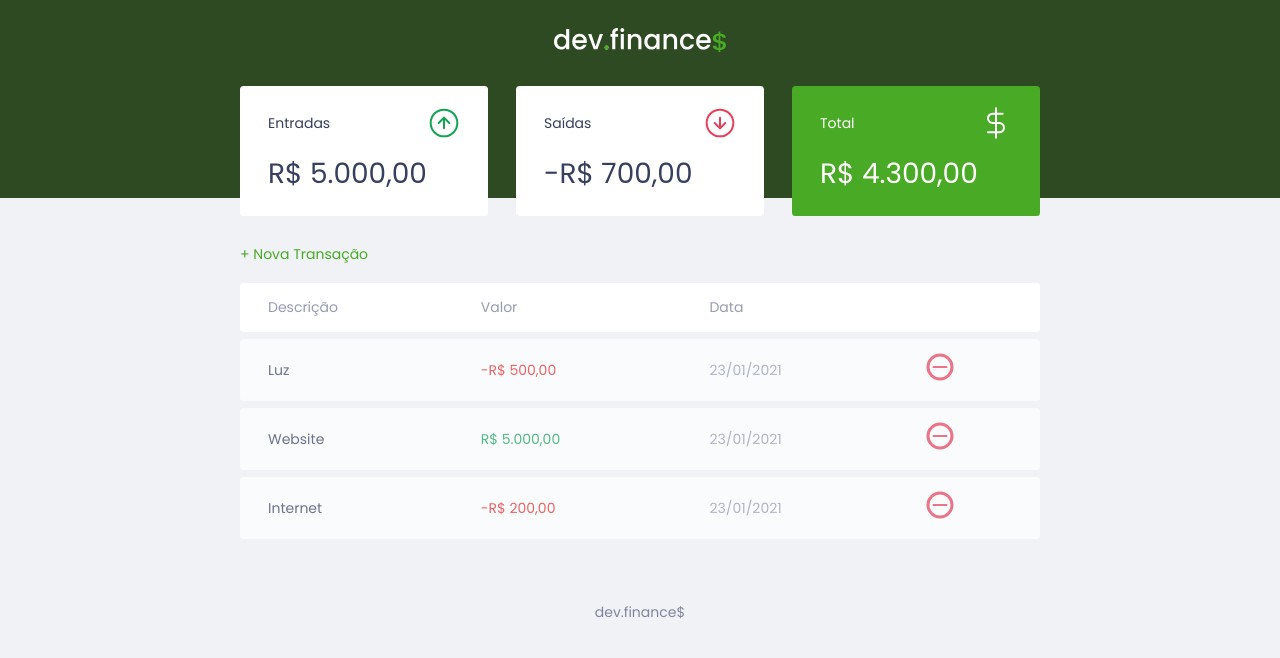
Repository: rafaelmgr12/maratona-dev01
Page: index.html
These files come from the project's save history. The page is drawn as it stood at one moment and after the next save; the edit follows.
The browser window is 1280 px wide. The pictures show the whole page.

Above is the page before, as saved 2021-05-17 21:07:57.

After the next save:
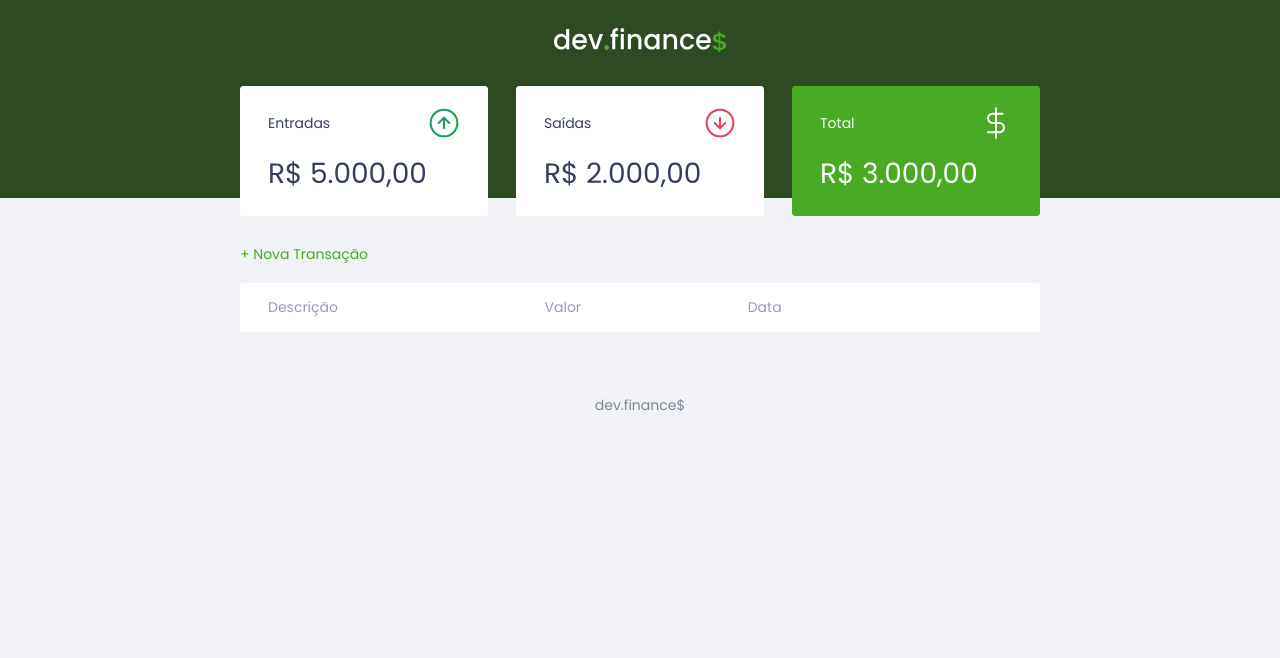
Console error: ReferenceError: index is not defined
Saved 3 min 15 s later.
--- a/scripts.js
+++ b/scripts.js
@@ -82,7 +82,7 @@ const DOM = {
       <td class="${CSSclass}">${amount}</td>
       <td class="date">${transaction.date}</td>
       <td>
-          <img src="./assets/minus.svg" alt="Remover transação" />
+      <img onclick="Transaction.remove(${index})" src="./assets/minus.svg" alt="Remover transação" />
       </td>
     `;
     return html;

After the 2 saves that followed:
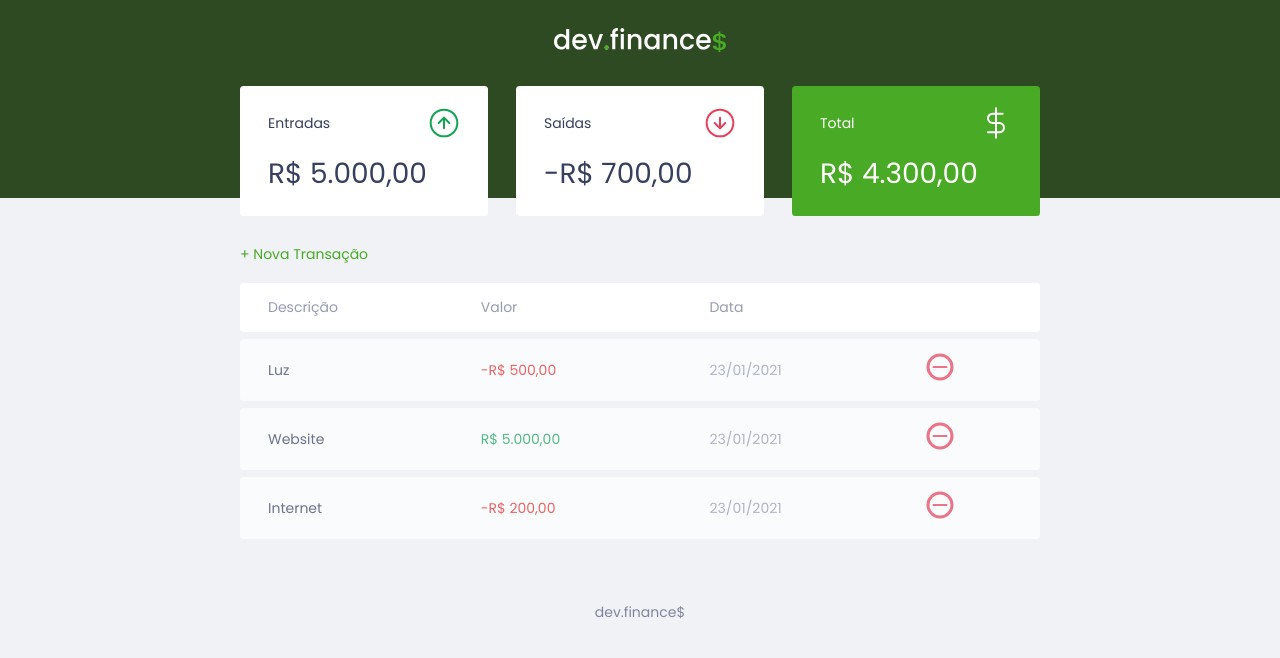
The error is gone.
The 2 saves are shown as one change because 1 left the picture as it was.
The last was saved 2 min 21 s later.
--- a/scripts.js
+++ b/scripts.js
@@ -72,7 +72,7 @@ const DOM = {
     DOM.transactionContainer.appendChild(tr);
   },
 
-  innerHTMLTransaction(transaction) {
+  innerHTMLTransaction(transaction,index) {
     const CSSclass = transaction.amount > 0 ? "income" : "expense";
 
     const amount = Utils.formatCurrency(transaction.amount);
@@ -195,8 +195,8 @@ const Form = {
 
 const App = {
   init() {
-    Transaction.all.forEach((transaction) => {
-      DOM.addTransaction(transaction);
+    Transaction.all.forEach((transaction, index) => {
+      DOM.addTransaction(transaction,index);
     });
 
     DOM.updateBalance();
